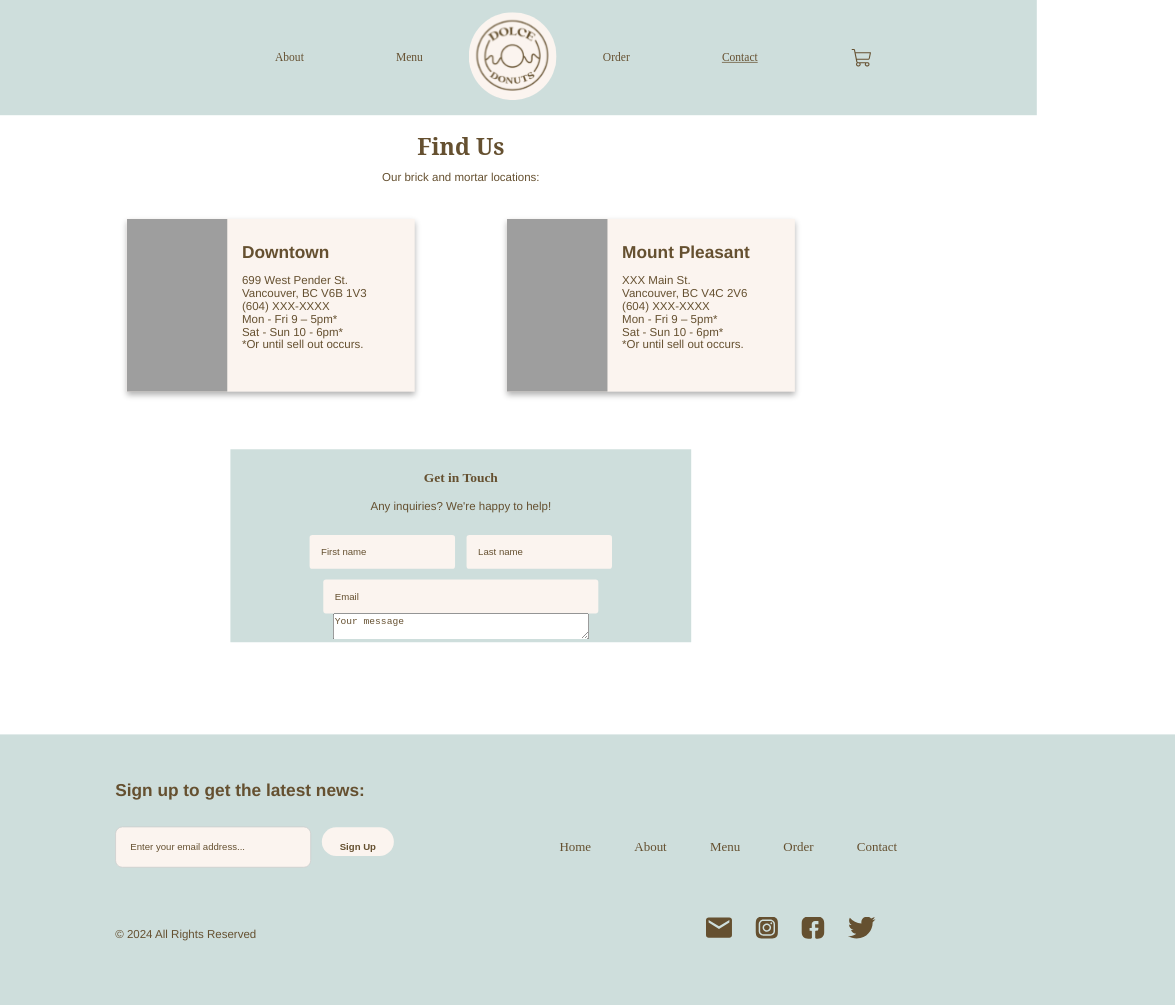
Repository: Crystalhtc/dolcedonuts
Page: /contact
An editor plug-in stored every save of this project. The page is shown before and after the next save, followed by the edit.
The browser window is 1280 px wide. The page is 1632 px wide, so the pictures cover 1632 px, including what lies to the right of the window. The pictures show the whole page, at 72% of full size.
Pictures or frames that could not be fetched are drawn as grey boxes. The project was rebuilt for these pictures with package versions that can differ from the ones it lists, and the page was loaded fresh each time. Also part of the build but not shown: vite.config.js, src/pages/Home.module.css, src/pages/Home.jsx, src/components/ProductCard/ProductCard.jsx, src/Data/products.js, src/pages/Order.css, src/pages/Menu.jsx, src/pages/Order.jsx and 13 more.

Above is the page before, as saved 2024-10-20 15:28:32.

After the next save:
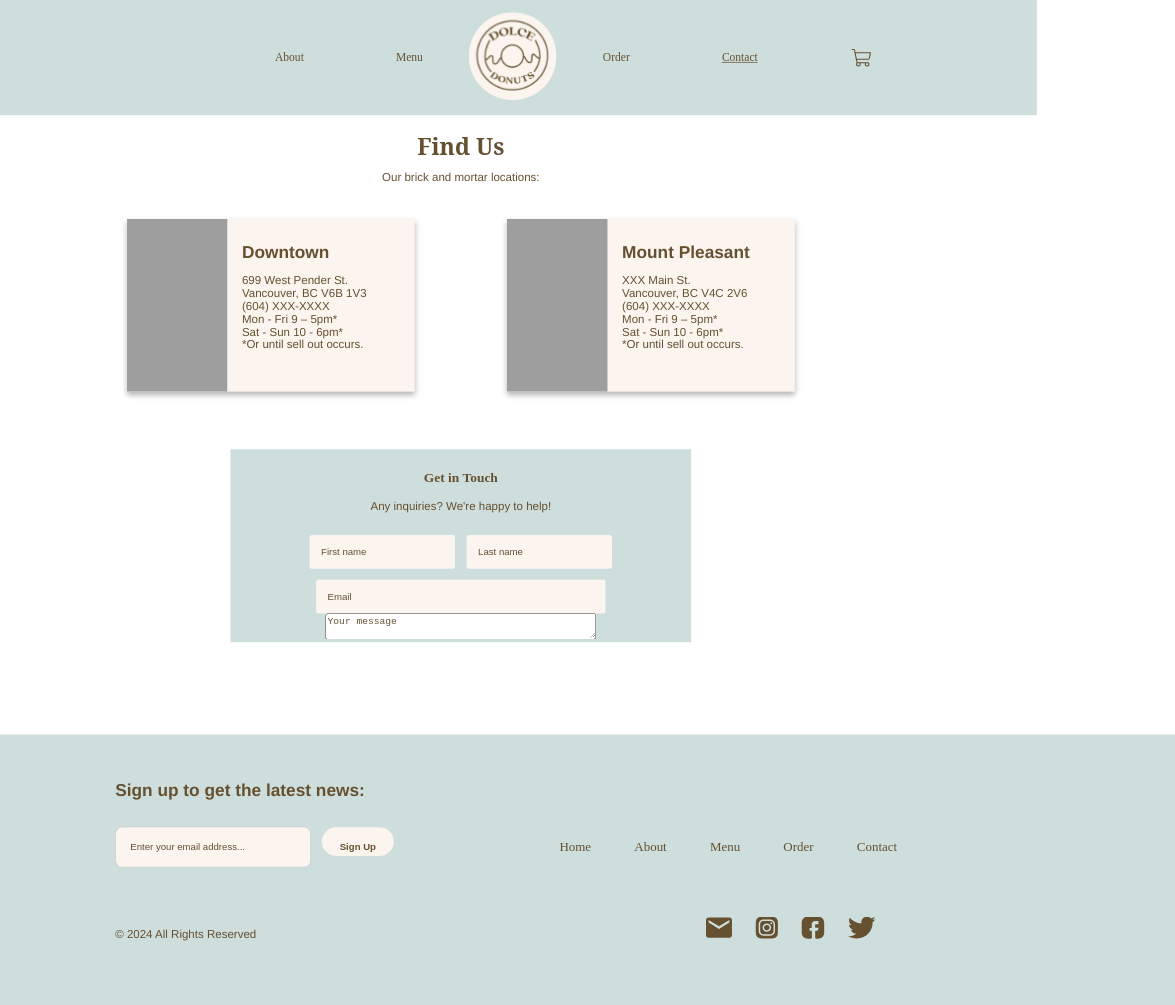
Saved 24 s later.
--- a/src/components/ContactUsForm/ContactForm.module.css
+++ b/src/components/ContactUsForm/ContactForm.module.css
@@ -23,7 +23,7 @@
 }
 
 .formPlaceholders {
-    width: 350px;
+    width: 370px;
 }
 
 form {
